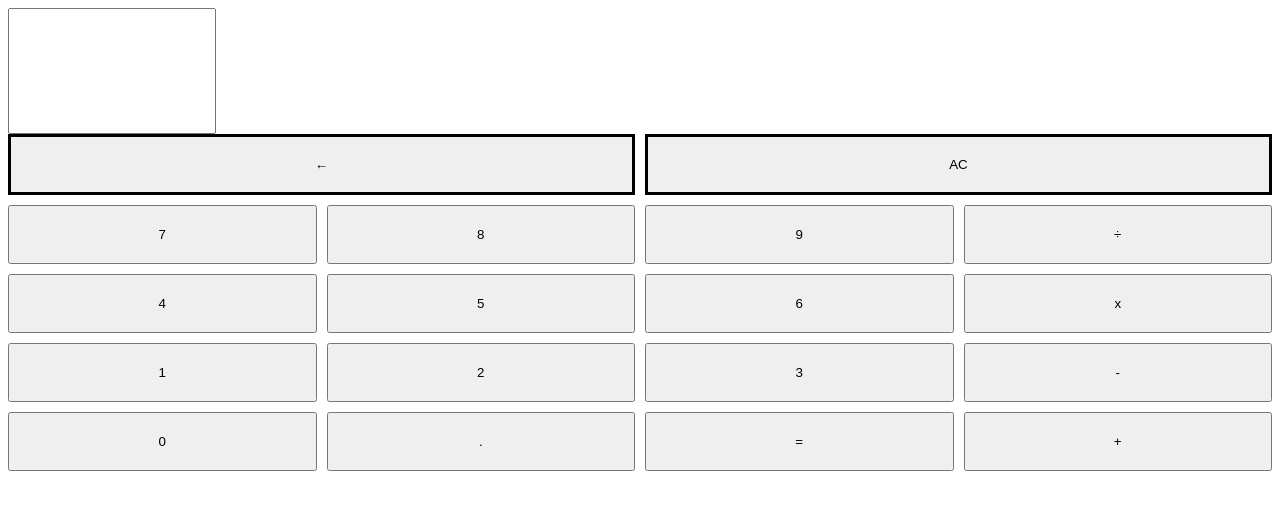
Repository: z1youRA/MyCalculator
Page: index.html
The author's editor kept a copy of each file at every save. The page is drawn from the files as they stood at one save, then again after the next save.
The browser window is 1280 px wide. The pictures show the whole page.

Above is the page before, as saved 2021-12-19 17:42:00.

### index.html
<!DOCTYPE html>
<html lang="en">
<head>
    <meta charset="UTF-8">
    <meta http-equiv="X-UA-Compatible" content="IE=edge">
    <meta name="viewport" content="width=device-width, initial-scale=1.0">
    <title>Document</title>
    <link rel='stylesheet' href='./css/styles.css'>
</head>
<body>
    <div class='container'>
        <input type='text'>
        <div class='buttons'>
                <button class='back span-2'>←</button>
                <button class='clear span-2'>AC</button>
                <button class='num'>7</button>
                <button class='num'>8</button>
                <button class='num'>9</button>
                <button class='ope'>÷</button>
                <button class='num'>4</button>
                <button class='num'>5</button>
                <button class='num'>6</button>
                <button class='ope'>x</button>
                <button class='num'>1</button>
                <button class='num'>2</button>
                <button class='num'>3</button>
                <button class='ope'>-</button>
                <button class='num'>0</button>
                <button class='num point'>.</button>
                <button class='calcu'>=</button>
                <button class='ope'>+</button>
        </div>
    </div>

</body>
<script src='script.js'>
</script>
</html>

### css/styles.css
.container {
    display: flex;
    align-items: stretch;
    justify-content: center;
    flex-direction: column;
}

input {
    height:120px;
    width: 200px;

}

.span-2 {
    grid-column: span 2;
    border: solid;
}

.buttons {
    display: grid;
    grid-template-columns: repeat(4, 1fr);
    grid-gap: 10px;
}



button {
    padding: 20px;
}

### script.js
function add(num1, num2) {
    return +num1 + +num2;
}

function subtract(num1, num2) {
    return +num1 - +num2;
}

function multiply(num1, num2) {
    return +num1 * +num2;
}

function divide(num1, num2) {
    return +num1 / +num2;
}

function operate() {
    if(operator === '+') {
        result = add(num1, num2);
    }
    if(operator === '-') {
        result = subtract(num1, num2);
    }
    if(operator === '*'|| operator === 'x') {
        result = multiply(num1, num2);
    }
    if(operator === '/'|| operator === '÷') {
        if(num2 == 0) {
            clear()
            input.value = 'ERROR';
            return;
        }
        result = divide(num1, num2);
    }
    input.value = Math.round(result * 100000) / 100000;

}

function clear() {
    input.value = '';
    num1 = '';
    num2 = '';
    operator = '';
    result = '';
    flag = 0;
    pointFlag = 0;
}

function inputNum() {
    if(flag === 1 && num2 === '') { //clear the screen when input the second operand.
        input.value = '';
    }
    const number = this.textContent;
    if(number === '.') {
        if(pointFlag === 1) {
            return;
        }
        pointFlag = 1;
    }
    input.value += number;
    if(flag === 0) {
        num1 += number;
    }
    else
        num2 += number;
}

function inputOperator() {
    if(num1 !== '' && num2 !== '' && operator !== '') { //if user didn't press the = button each time.
        operate();
    }
    if(result != '') { //for a second successive operation
        num1 = result;
        num2 = '';
    }
    operator = this.textContent;
    flag = 1;
    pointFlag = 0;
}

function back() {
    if(flag === 0 && num1.length > 0) {
        num1 = num1.slice(0, num1.length - 1);
        input.value = num1;
    }
    else if(flag === 1 && num2.length > 0){
        num2 = num2.slice(0, num2.length - 1);
        input.value = num2;
    }
}

let flag = 0; //if num1 exists flag == 1
let num1 = '';
let num2 = '';
let operator = '';
let result = '';
let pointFlag = 0;

const input = document.querySelector('input');
const nums = document.querySelectorAll('button.num'); //select all buttons representing numbers
const operators = document.querySelectorAll('button.ope');
const calcu = document.querySelector('.calcu');
const clr = document.querySelector('.clear');
const backspace = document.querySelector('.back');

backspace.addEventListener('click', back);
clr.addEventListener('click', clear);
calcu.addEventListener('click', operate);
nums.forEach(num => {
    num.addEventListener('click', inputNum)
})

operators.forEach(ope => {
    ope.addEventListener('click', inputOperator);
})

After the next save:
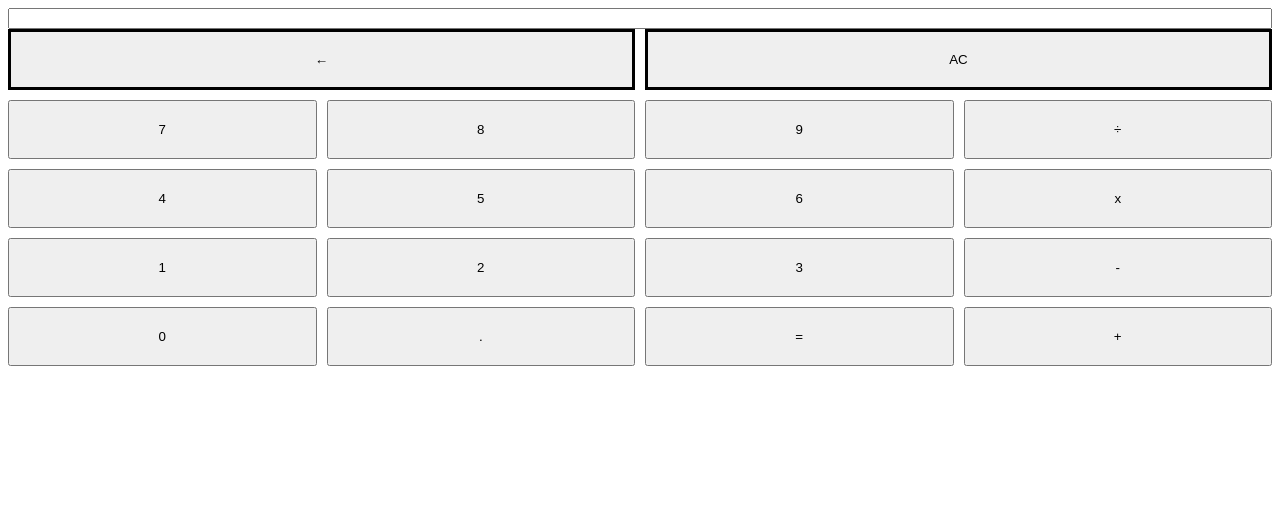
Saved 5 s later.
--- a/css/styles.css
+++ b/css/styles.css
@@ -6,8 +6,6 @@
 }
 
 input {
-    height:120px;
-    width: 200px;
 
 }
 
